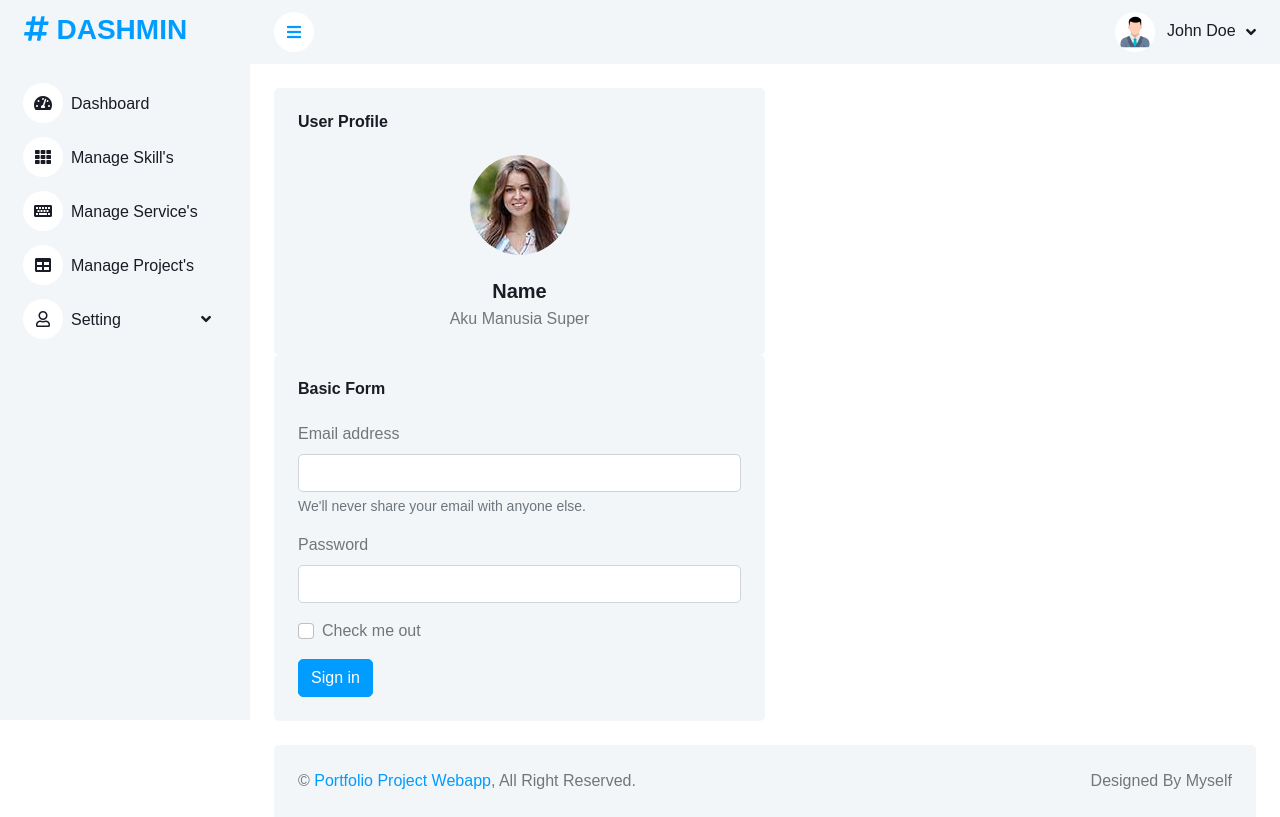
Repository: h4fizm/management-portfolio-project-webapp
Page: http://localhost/profile
The author's editor kept a copy of each file at every save. The page is drawn from the files as they stood at one save, then again after the next save.
The browser window is 1280 px wide. The pictures show the whole page.
Some web fonts or font styles are not loaded; a fallback is used. Some web libraries are served in a nearby version. The page is served by the project's Laravel application, run on PHP 8.4 with Laravel 12. A made-up administrator, Test User (test@example.com), is signed in.

Above is the page before, as saved 2025-01-15 03:04:34.
Console error: TypeError: Cannot read properties of undefined (reading 'getContext')

After the next save:
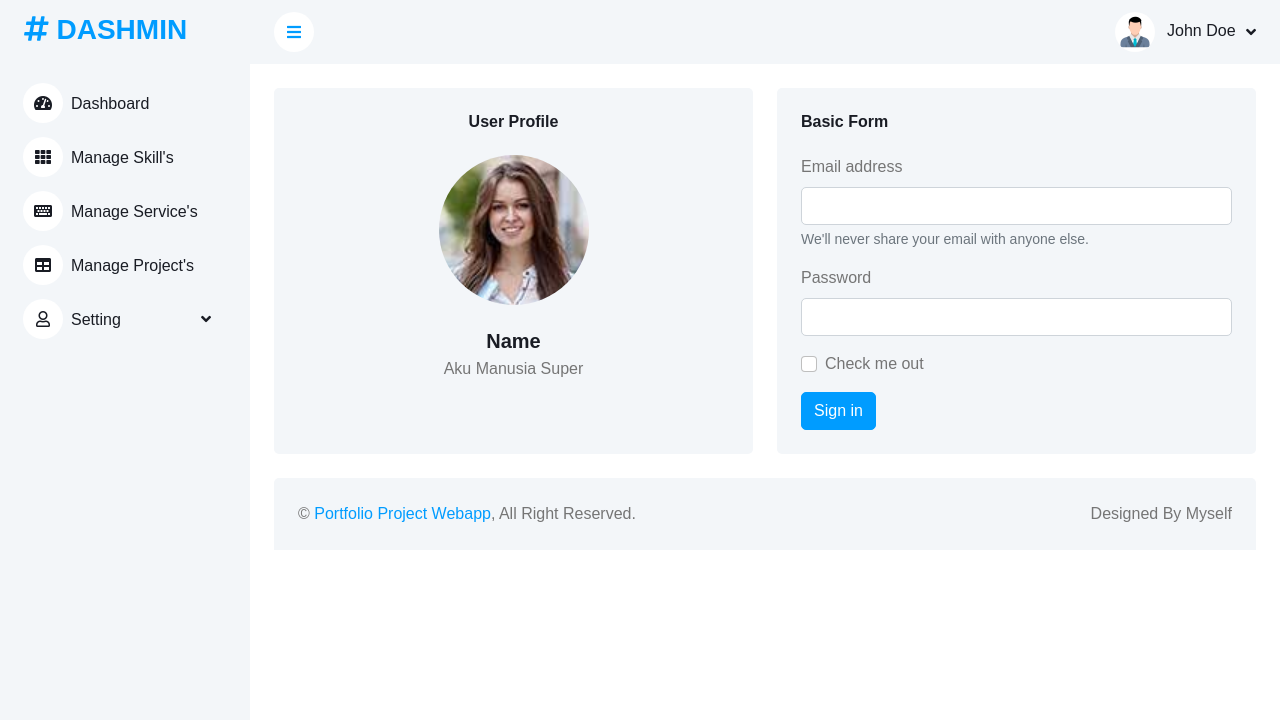
Saved 97 s later.
--- a/resources/views/menu/profile.blade.php
+++ b/resources/views/menu/profile.blade.php
@@ -2,39 +2,43 @@
 @section('title', 'User Profile')
 @section('content')
 <div class="container-fluid pt-4 px-4">
-    <div class="col-sm-12 col-xl-6">
-        <div class="bg-light rounded h-100 p-4">
-            <h6 class="mb-4">User Profile</h6>
-            <div class="owl-carousel testimonial-carousel">
-                <div class="testimonial-item text-center">
-                    <img class="img-fluid rounded-circle mx-auto mb-4" src="{{ asset('DashPage/img/testimonial-1.jpg') }}" style="width: 100px; height: 100px;">
+    <div class="row g-4">
+        <!-- Bagian Kiri: Foto dan Nama -->
+        <div class="col-lg-6">
+            <div class="bg-light rounded h-100 p-4 text-center">
+                <h6 class="mb-4">User Profile</h6>
+                <div class="testimonial-item">
+                    <img class="img-fluid rounded-circle mx-auto mb-4"
+                         src="{{ asset('DashPage/img/testimonial-1.jpg') }}"
+                         style="width: 150px; height: 150px;">
                     <h5 class="mb-1">Name</h5>
                     <p class="mb-0">Aku Manusia Super</p>
                 </div>
             </div>
         </div>
-    </div>
-    <div class="col-sm-12 col-xl-6">
-        <div class="bg-light rounded h-100 p-4">
-            <h6 class="mb-4">Basic Form</h6>
-            <form>
-                <div class="mb-3">
-                    <label for="exampleInputEmail1" class="form-label">Email address</label>
-                    <input type="email" class="form-control" id="exampleInputEmail1"
-                        aria-describedby="emailHelp">
-                    <div id="emailHelp" class="form-text">We'll never share your email with anyone else.
+
+        <!-- Bagian Kanan: Formulir -->
+        <div class="col-lg-6">
+            <div class="bg-light rounded h-100 p-4">
+                <h6 class="mb-4">Basic Form</h6>
+                <form>
+                    <div class="mb-3">
+                        <label for="exampleInputEmail1" class="form-label">Email address</label>
+                        <input type="email" class="form-control" id="exampleInputEmail1"
+                            aria-describedby="emailHelp">
+                        <div id="emailHelp" class="form-text">We'll never share your email with anyone else.</div>
                     </div>
-                </div>
-                <div class="mb-3">
-                    <label for="exampleInputPassword1" class="form-label">Password</label>
-                    <input type="password" class="form-control" id="exampleInputPassword1">
-                </div>
-                <div class="mb-3 form-check">
-                    <input type="checkbox" class="form-check-input" id="exampleCheck1">
-                    <label class="form-check-label" for="exampleCheck1">Check me out</label>
-                </div>
-                <button type="submit" class="btn btn-primary">Sign in</button>
-            </form>
+                    <div class="mb-3">
+                        <label for="exampleInputPassword1" class="form-label">Password</label>
+                        <input type="password" class="form-control" id="exampleInputPassword1">
+                    </div>
+                    <div class="mb-3 form-check">
+                        <input type="checkbox" class="form-check-input" id="exampleCheck1">
+                        <label class="form-check-label" for="exampleCheck1">Check me out</label>
+                    </div>
+                    <button type="submit" class="btn btn-primary">Sign in</button>
+                </form>
+            </div>
         </div>
     </div>
 </div>
